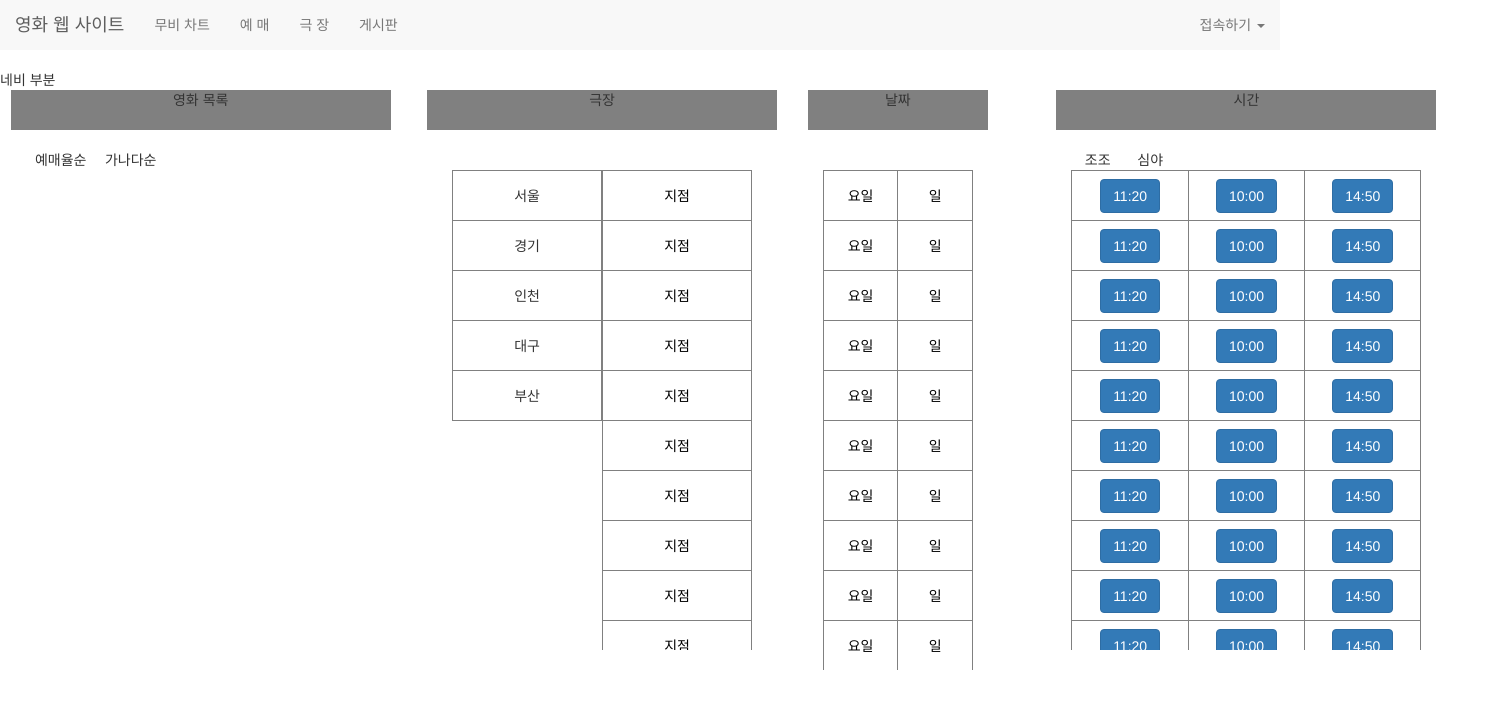
Repository: Gotaemin/java
Page: http://localhost/BBS/movieReserve.jsp
An editor plug-in stored every save of this project. The page is shown before and after the next save, followed by the edit.
The browser window is 1280 px wide. The page is 1500 px wide, so the pictures cover 1500 px, including what lies to the right of the window. The pictures show the whole page.
Some web libraries are served in a nearby version. The page is served by Tomcat 9. Other server files are loaded and not shown. The template is opened directly, without the code that normally fills it, so the values that code supplies are empty.

Above is the page before, as saved 2020-03-17 05:26:28.

### BBS/BBS/WebContent/movieReserve.jsp
<%@ page language="java" contentType="text/html; charset=UTF-8"
	pageEncoding="UTF-8"%>

<%@ page import="java.io.PrintWriter"%>
<%@ page import="java.util.ArrayList"%>
<%@ page import="vo.Movie"%>

<%@ taglib prefix="c" uri="http://java.sun.com/jsp/jstl/core"%>

<!DOCTYPE html>
<html>
<head>
<meta charset="UTF-8">

<meta name="viewport" content="width=device-width" ,initial-scale="1">
<link rel="stylesheet" href="css/bootstrap.css">

<style type="text/css">
a, a:hover{
		color: #000000;
		text-decoration:none;
	}

#a th, #a td {
	border: 1px solid gray;
	height:50px;
}
tr{
	text-align: center;
}



#movie_movieList {
	max-height: 500px;
	overflow-y: scroll;
	width: 380px;
}

#movie_Threater {
	max-height: 500px;
	overflow-y: scroll;
	width: 380px;
}

#movie_Date {
	max-height: 500px;
	overflow-y: scroll;
	width: 180px;
}

#movie_Time {
	max-height: 500px;
	overflow-y: scroll;
	width: 480px;
}

</style>
<title>Insert title here</title>
</head>
<body>
	<%
		String userID = null;
		if (session.getAttribute("userID") != null) {
			userID = (String) session.getAttribute("userID");
		}
	%>

	<script src="https://code.jquery.com/jquery-3.1.1.min.js"></script>
	<script src="js/bootstrap.js"></script>


	<nav class="navbr navbar-default" style="margin-bottom: 20px;">

		<div class="navbar-header">
			<button type="button" class="navbar-toggle collapsed"
				data-toggle="collapse" data-target="#bs-example-navbar-collapse-1"
				aria-expanded="false">
				<span class="icon-bar"></span> <span class="icon-bar"></span> <span
					class="icon-bar"></span>
			</button>
			<a class="navbar-brand" href="MovieMain.jsp">영화 웹 사이트</a>
		</div>


		<div class="collapse navbar-collapse"
			id="#bs-example-navbar-collapse-1">
			<ul class="nav navbar-nav">
				<li><a href="movieList.movie">무비 차트</a></li>
				<li><a href="#">예 매</a></li>
				<li><a href="#">극 장</a></li>
				<li><a href="bbs.jsp">게시판</a></li>
			</ul>

			<%
				if (userID == null) {
			%>
			<ul class="nav navbar-nav navbar-right">
				<li class="dropdown"><a href="#" class="dropdown-toggle"
					data-toggle="dropdown" role="button" aria-haspopup="true"
					aria-expanded="false">접속하기 <span class="caret"></span>
				</a>

					<ul class="dropdown-menu">
						<li><a href="login.jsp">로그인</a></li>
						<li><a href="join.jsp">회원가입</a></li>
					</ul></li>
			</ul>
			<%
				} else {
			%>
			<ul class="nav navbar-nav navbar-right">
				<li class="dropdown"><a href="#" class="dropdown-toggle"
					data-toggle="dropdown" role="button" aria-haspopup="true"
					aria-expanded="false">회원관리 <span class="caret"></span>
				</a>

					<ul class="dropdown-menu">
						<li><a href="logout.jsp">로그아웃</a></li>

					</ul></li>
			</ul>
			<%
				}
			%>

		</div>
	</nav>

	<div id="container">

		<div class="navi">네비 부분</div>

<!-- 		style="width:380px" -->
		<div  style="display: table;  word-break: break-all; width: 1500px; height: 500px; background: skyblue">
			<div style="display: table-row;">

				<!-- 영화제목 리스트 출력 -->
				<div align=center style="display: table-cell; background: white;">
					<div  style="padding:auto; width: 380px; height: 40px; background: gray; margin-bottom: 20px;">영화 목록</div>
					<div id="movie_movieList">
						<table style="width: 350px;">
							<colgroup>
								<col width="20%">
								<col width="20%">
								<col width="60">
							</colgroup>
							<thead>
								<tr>
									<td>예매율순</td>
									<td>가나다순</td>
									<td></td>
								</tr>
							</thead>
						</table>
						<div>
							<table style="width: 350px;">
								<colgroup>
									<col width="20%">
									<col width="80%">
								</colgroup>
								<tbody id="a">
									<c:forEach var="movie" items="${movieTitle}" varStatus="status">
										<tr>
											<td>
												<c:choose>
												<c:when test="${movie.ageLimit == 0}">
													<img src="image/all.png" style="width: 45px;height: 45px;"/>
												</c:when>
												<c:when test="${movie.ageLimit == 12}">
													<img src="image/12.png" style="width: 45px;height: 45px;"/>
												</c:when>
												<c:when test="${movie.ageLimit == 15}">
													<img src="image/15.png" style="width: 45px;height: 45px;"/>
												</c:when>
												<c:when test="${movie.ageLimit == 19}">
													<img src="image/19.png" style="width: 45px;height: 45px;"/>
												</c:when>
												</c:choose>
											</td>
											<td><a href ="#">${movie.title}</a></td>
										</tr>
									</c:forEach>
								</tbody>
							</table>
						</div>
					</div>
				</div>

				<!-- 극장 리스트 출력 -->

				<div align=center style="display: table-cell; background: white;">
					<div class="test_content" style="width: 350px; height: 40px; background: gray; margin-bottom: 20px;">극장</div>
					<div id="movie_Threater">

						<br>
						<div style="display: table-cell;">
							<table style="width: 150px;">
								<tbody id="a" class="local">
									<tr>
										<td>서울</td>
									</tr>
									<tr>
										<td>경기</td>
									</tr>
									<tr>
										<td>인천</td>
									</tr>
									<tr>
										<td>대구</td>
									</tr>
									<tr>
										<td>부산</td>
									</tr>
								</tbody>
							</table>
						</div>
						<div style="display: table-cell;">
							<table style="width: 150px;">
								<tbody id="a">
									<%
										for (int i = 0; i < 10; i++) {
									%>
										<tr>
											<td><a href="#">지점</a></td>
										</tr>
									<%
										}
									%>
								</tbody>
							</table>
						</div>
					</div>

				</div>




				<!-- 영화 상영 날짜 출력 -->
				<div align=center style="display: table-cell; background: white;">
					<div class="test_content" style="width: 180px; height: 40px; background: gray; margin-bottom: 20px;">날짜</div>
					<br>
					<div id="movie_Date">
						<div>
							<table style="width: 150px;">
								<colgroup>
									<col width="50%">
									<col width="50%">
								</colgroup>
								<tbody id="a">
									<%
										for (int i = 0; i < 10; i++) {
									%>
									<tr style="text-align: center;">
										<td><a href="#">요일</a></td>
										<td><a href="#">일</a></td>
									</tr>

									<%
										}
									%>
								</tbody>
							</table>
						</div>
					</div>

				</div>

				<!-- 영화 상영 가능 시간 출력 -->
				<div align=center style="display: table-cell; background: white;">
					<div class="test_content" style="width: 380px; height: 40px; background: gray; margin-bottom: 20px;">시간</div>
					<div id="movie_Time">
						<table style="width: 350px;">
							<colgroup>
								<col width="15%">
								<col width="15%">
								<col width="70%">
							</colgroup>
							<thead>
								<tr>
									<td>조조</td>
									<td>심야</td>
									<td></td>
								</tr>
							</thead>
						</table>
						<div>
							<table style="width: 350px;">
								<colgroup>
									<col width="30%">
									<col width="30%">
									<col width="30%">
								</colgroup>
								<tbody id="a">
									<%
										for (int i = 0; i < 10; i++) {
									%>
									<tr>
										<td><input class="btn btn-primary btn-pull" type="button" value="11:20"></td>
										<td><input class="btn btn-primary btn-pull" type="button" value="10:00"></td>
										<td><input class="btn btn-primary btn-pull" type="button" value="14:50"></td>
									</tr>

									<%
										}
									%>
								</tbody>
							</table>
						</div>
					</div>
				</div>
			</div>

<!-- 			body -->
		</div>

	</div>




</body>
</html>

Loaded but not shown: BBS/BBS/WebContent/css/bootstrap.css (library); BBS/BBS/WebContent/js/bootstrap.js (library)

After the next save:
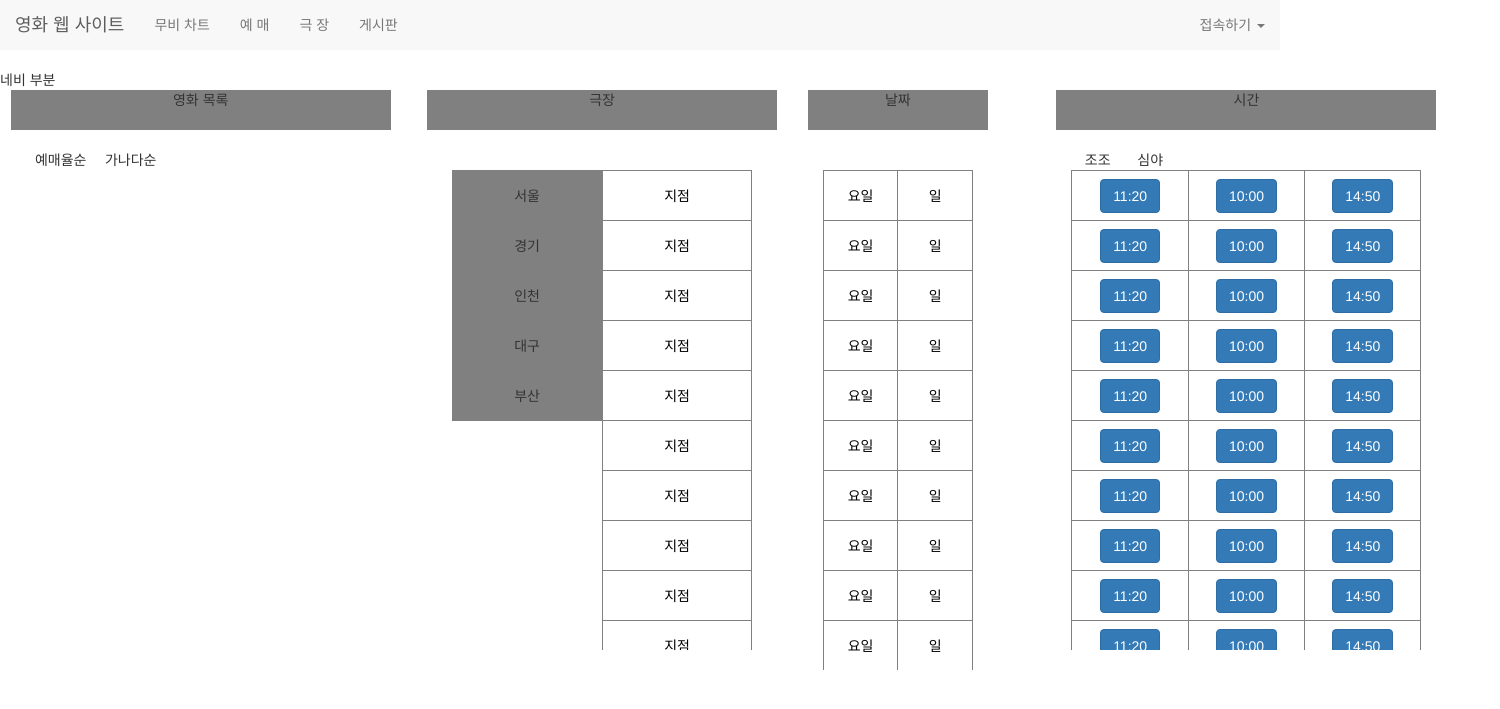
Saved 31 s later.
--- a/BBS/BBS/WebContent/movieReserve.jsp
+++ b/BBS/BBS/WebContent/movieReserve.jsp
@@ -29,6 +29,10 @@ tr{
 	text-align: center;
 }
 
+
+.local{
+	background-color: gray;
+	}
 
 
 #movie_movieList {
